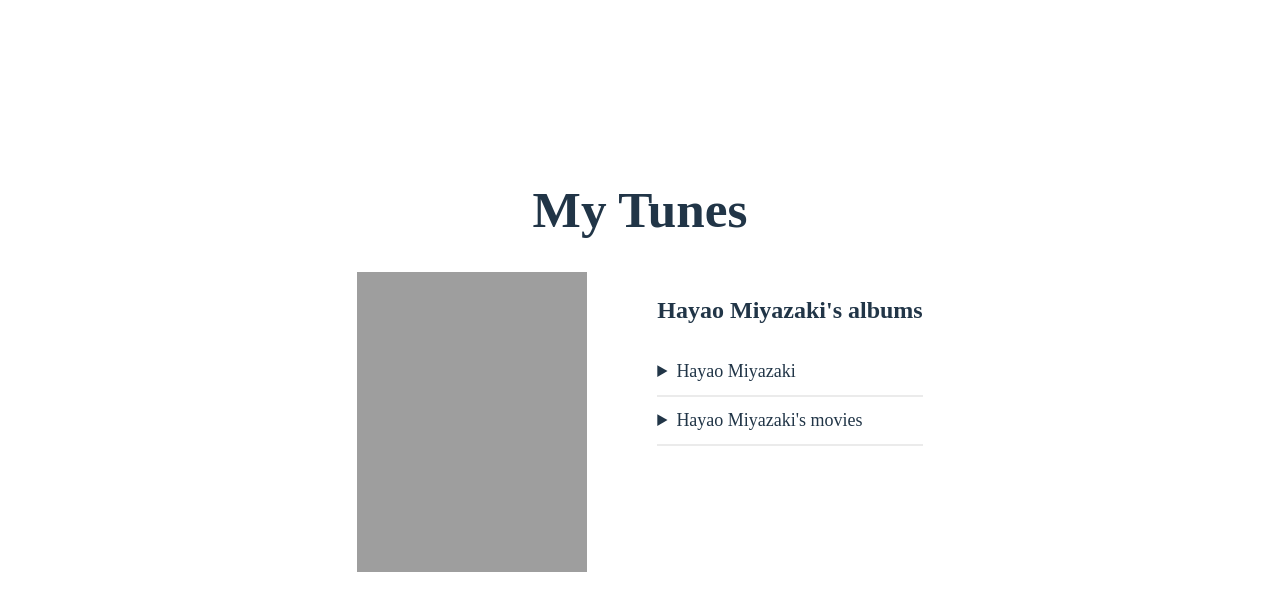
Repository: SamanthaYan298/my_app
Page: /
The author's editor kept a copy of each file at every save. The page is drawn from the files as they stood at one save, then again after the next save.
The browser window is 1280 px wide. The pictures show the whole page.
Pictures or frames that could not be fetched are drawn as grey boxes. The project was rebuilt for these pictures with package versions that can differ from the ones it lists, and the page was loaded fresh each time. Also part of the build but not shown: vite.config.js.

Above is the page before, as saved 2024-09-14 14:56:12.

After the next save:
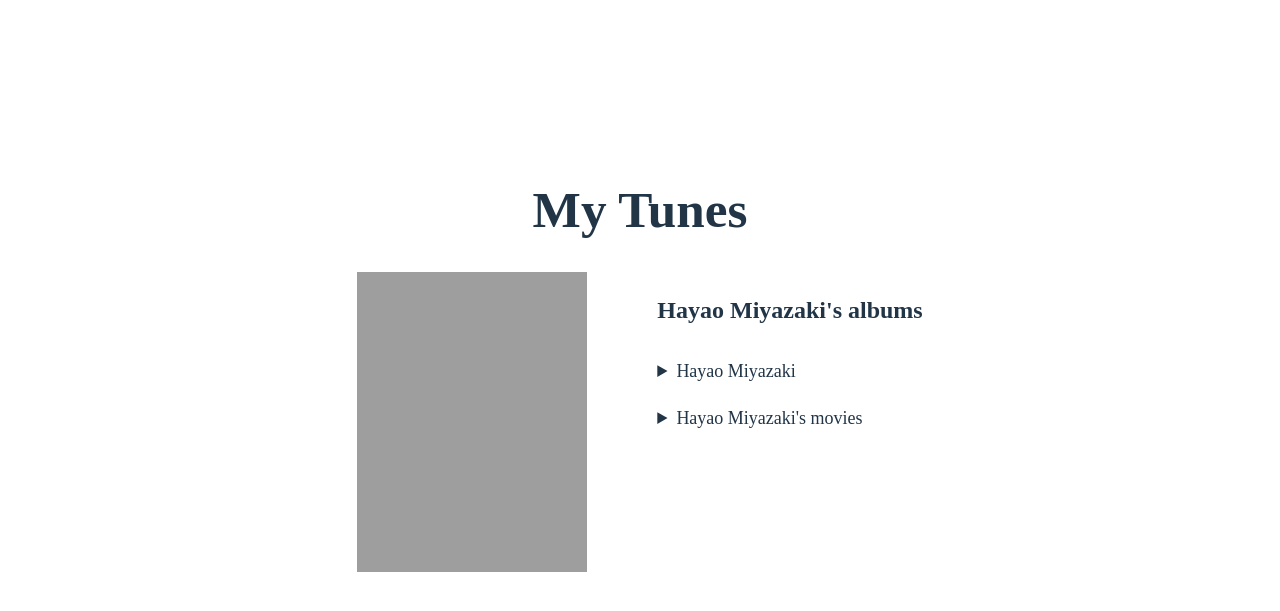
Saved 18 s later.
--- a/src/App.css
+++ b/src/App.css
@@ -21,7 +21,7 @@
 }
 
 .categories {
-  border-bottom: 2px solid rgb(235, 235, 235);
+  /* border-bottom: 2px solid rgb(235, 235, 235); */
   padding: 10px 0;
   font-size: 18px;
 }
